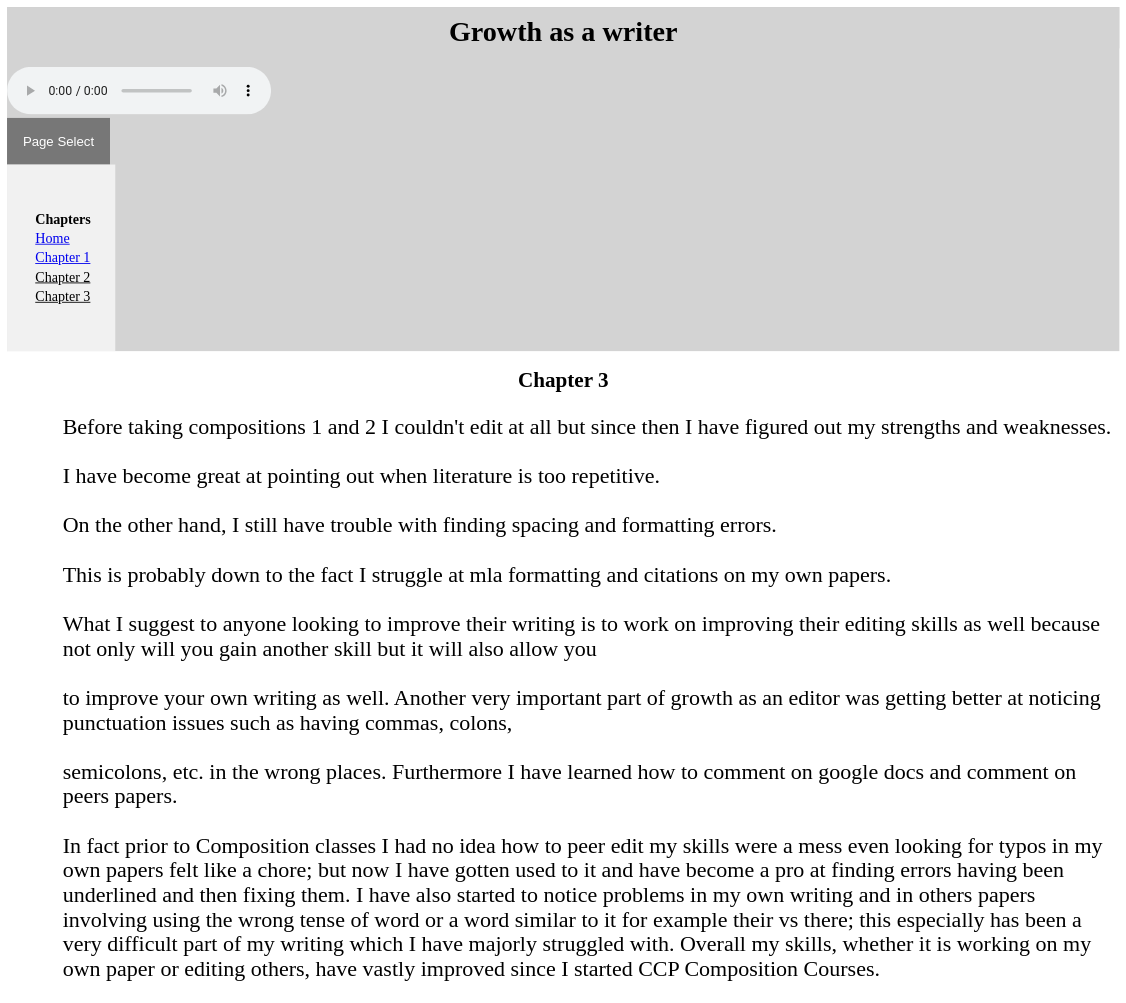
Repository: jpaisiem/WP-4
Page: Chapter3.html
The author's editor kept a copy of each file at every save. The page is drawn from the files as they stood at one save, then again after the next save.
The browser window is 1280 px wide. The pictures show the whole page, at 88% of full size.

Above is the page before, as saved 2025-05-01 11:56:06.
Console error: TypeError: Cannot read properties of undefined (reading 'toggle')

### Chapter3.html
<!DOCTYPE html>
<html>
<head>
<meta name="viewport" content="width=device-width, initial-scale=1">
<style>
.collapsible {
  background-color: #777;
  color: white;
  cursor: pointer;
  padding: 18px;
  width: fit-content;
  border: none;
  text-align: left;
  outline: none;
  font-size: 15px;
}

.active, .collapsible:hover {
  background-color: #555;
}

.content {
  display: flex;
  flex-direction: column;
  overflow: hidden;
  background-color: #f1f1f1;
  width: fit-content;
  height: fit-content;
  padding-left: 2.3%;
  padding-right: 2%;
}
p
{
 font-size: 25px;
 text-align: left;
 margin-left: 5%;
}
</style>
<title>Growth as a writer - Chapter 3</title>
</head>
<body>
    <div style="background-color: lightgray; display: flex; flex-direction: column; margin-top: 0%;">
        <h1 style="text-align: center; background-color: lightgray; padding-top: 10px; margin-top: 0%;">Growth as a writer</h1>
        <div style="align-items: center;">
        <audio controls>
            <source src="audio.mp3" type="audio/mpeg">
        </audio>
        </div>
<button type="button" class="collapsible">Page Select</button>
<div class="content">
  <p><table>
    <tr>
        <th>Chapters</th>
    </tr>
    <tr>
        <td><a href="index.html">Home</a></td>
    </tr>
    <tr>
        <td><a href="Chapter1.html">Chapter 1</a></td>
    </tr>
     <tr>
        <td><a href="Chapter2.html" style="color: black;">Chapter 2</a></td>
    </tr>
    <tr>
        <td><a href="Chapter3.html" style="color: black;">Chapter 3</a></td>
    </tr>
  </table></p>
</div>
    </div>
<div style="text-align: center;">
     <h2 style="text-align: center;">Chapter 3</h2>
     <p>
       Before taking  compositions 1 and 2 I couldn't edit at all but since then I have figured out my strengths and weaknesses. <br><br>
       I have become great at pointing out when literature is too repetitive. <br><br>
       On the other hand, I still have trouble with finding spacing and formatting errors. <br><br>
       This is probably down to the fact I struggle at mla formatting and citations on my own papers. <br><br>
       What I suggest to anyone looking to improve their writing is to work on improving their editing skills as well because not only will you gain another skill but it will also allow you
       <br><br> to improve your own writing as well. Another very important part of growth as an editor was getting better at noticing punctuation issues such as having commas, colons, <br><br>
        semicolons, etc. in the wrong places. Furthermore I have learned how to comment on google docs and comment on peers papers. <br><br>
        In fact prior to Composition classes I had no idea how to peer edit my skills were a mess even looking for typos in my own papers felt like a chore; but now I have gotten used to it and have become a pro at finding errors having been underlined and then fixing them. I have also started to notice problems in my own writing and  in others  papers involving using the wrong tense of word or a word similar to it for example their  vs there; this especially has been a very difficult part of my writing which I have majorly struggled with. Overall my skills, whether it is working on my own paper or editing others, have vastly improved since I started CCP Composition Courses.
</p>
</div>
<script>
var coll = document.getElementsByClassName("collapsible");
var i;

for (i = 0; i < coll.length; i++) {
  coll[i].addEventListener("click", function() {
    this.classList.toggle("active");
    var content = this.nextElementSibling;
    if (content.style.display === "block") {
      content.style.display = "none";
    } else {
      content.style.display = "block";
    }
  });
}
if(location.reload){
    this.classList.toggle("collapsible");
}
</script>

</body>
</html>

After the next save:
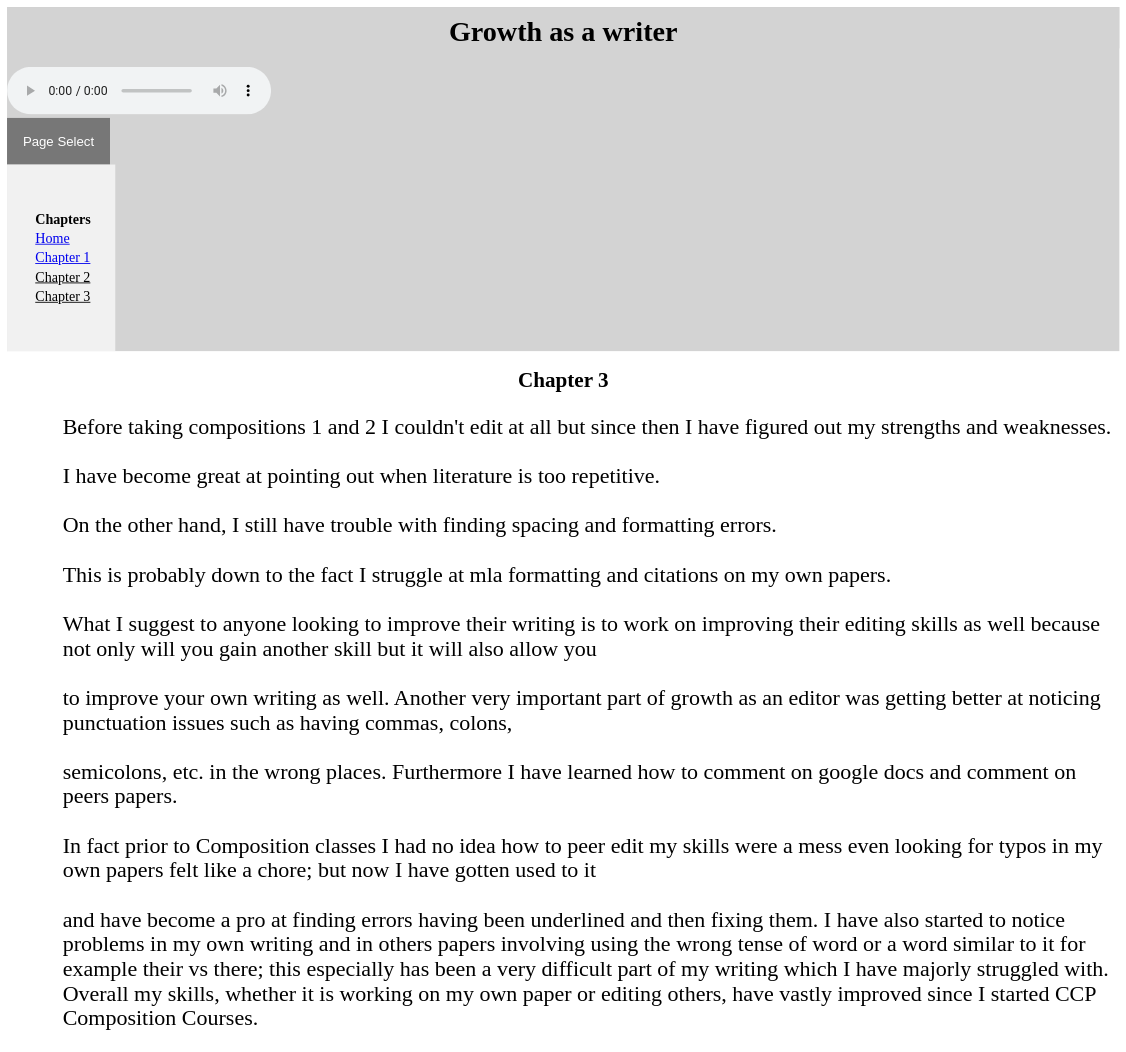
Saved 16 s later.
--- a/Chapter3.html
+++ b/Chapter3.html
@@ -77,7 +77,8 @@ p
        What I suggest to anyone looking to improve their writing is to work on improving their editing skills as well because not only will you gain another skill but it will also allow you
        <br><br> to improve your own writing as well. Another very important part of growth as an editor was getting better at noticing punctuation issues such as having commas, colons, <br><br>
         semicolons, etc. in the wrong places. Furthermore I have learned how to comment on google docs and comment on peers papers. <br><br>
-        In fact prior to Composition classes I had no idea how to peer edit my skills were a mess even looking for typos in my own papers felt like a chore; but now I have gotten used to it and have become a pro at finding errors having been underlined and then fixing them. I have also started to notice problems in my own writing and  in others  papers involving using the wrong tense of word or a word similar to it for example their  vs there; this especially has been a very difficult part of my writing which I have majorly struggled with. Overall my skills, whether it is working on my own paper or editing others, have vastly improved since I started CCP Composition Courses.
+        In fact prior to Composition classes I had no idea how to peer edit my skills were a mess even looking for typos in my own papers felt like a chore; but now I have gotten used to it <br><br>
+        and have become a pro at finding errors having been underlined and then fixing them. I have also started to notice problems in my own writing and  in others  papers involving using the wrong tense of word or a word similar to it for example their  vs there; this especially has been a very difficult part of my writing which I have majorly struggled with. Overall my skills, whether it is working on my own paper or editing others, have vastly improved since I started CCP Composition Courses.
 </p>
 </div>
 <script>
